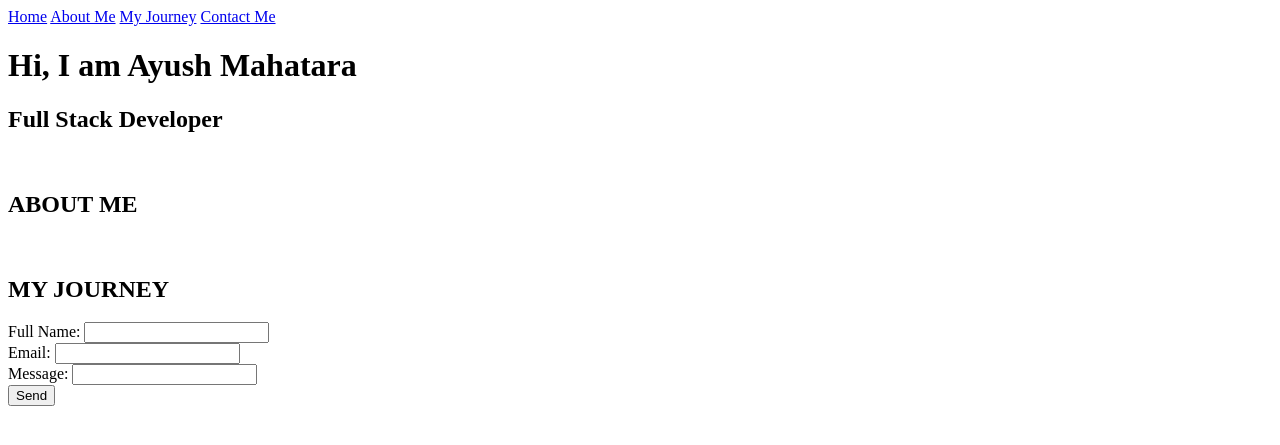
Repository: AyushMahatara/personal-website
Page: New folder/index.html
An editor plug-in stored every save of this project. The page is shown before and after the next save, followed by the edit.
The browser window is 1280 px wide. The pictures show the whole page.

Above is the page before, as saved 2023-07-19 22:27:50.

### New folder/index.html
<!DOCTYPE html>
<html lang="en">
  <head>
    <meta charset="UTF-8" />
    <meta name="viewport" content="width=device-width, initial-scale=1.0" />
    <title>GA</title>
  </head>
  <body>
    <div>
      <div class="first">
        <div></div>
        <div>
          <nav>
            <a href="#">Home</a>
            <a href="#">About Me</a>
            <a href="#">My Journey</a>
            <a href="#">Contact Me</a>
            <!-- <a href="#">Home</a> -->
          </nav>
        </div>
        <div>
          <h1>Hi, I am Ayush Mahatara</h1>
          <h2>Full Stack Developer</h2>
          <img src="" alt="" />
        </div>
      </div>
      <div class="second">
        <h2>ABOUT ME</h2>
        <div class="profilePic">
          <img src="" alt="" />
        </div>
        <div class="aboutMe"></div>
      </div>

      <div class="third">
        <h2>MY JOURNEY</h2>
        <div class="experience"></div>
      </div>

      <div class="contactMe">
        <div>
          <form action="">
            <div>
              <label for="">Full Name:</label>
              <input type="text" />
            </div>
            <div>
              <label for="">Email:</label>
              <input type="email" required />
            </div>
            <div>
              <label for="">Message:</label>
              <input type="textarea" />
              <div>
                <button type="submit">Send</button>
              </div>
            </div>
          </form>
        </div>
      </div>
    </div>

    <footer>
      <div>
        <div>
          <a href=""></a>
          <a href=""></a>
        </div>
      </div>
    </footer>
  </body>
</html>

After the next save:
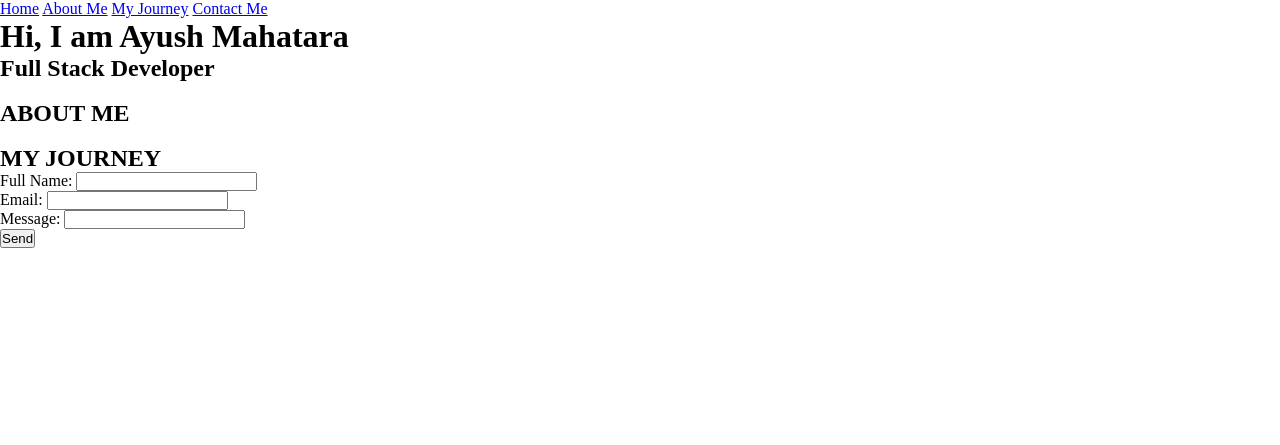
Saved 40 s later.
--- a/New folder/index.html
+++ b/New folder/index.html
@@ -5,6 +5,13 @@
     <meta name="viewport" content="width=device-width, initial-scale=1.0" />
     <title>GA</title>
   </head>
+
+  <style>
+    * {
+      margin: 0;
+      padding: 0;
+    }
+  </style>
   <body>
     <div>
       <div class="first">
